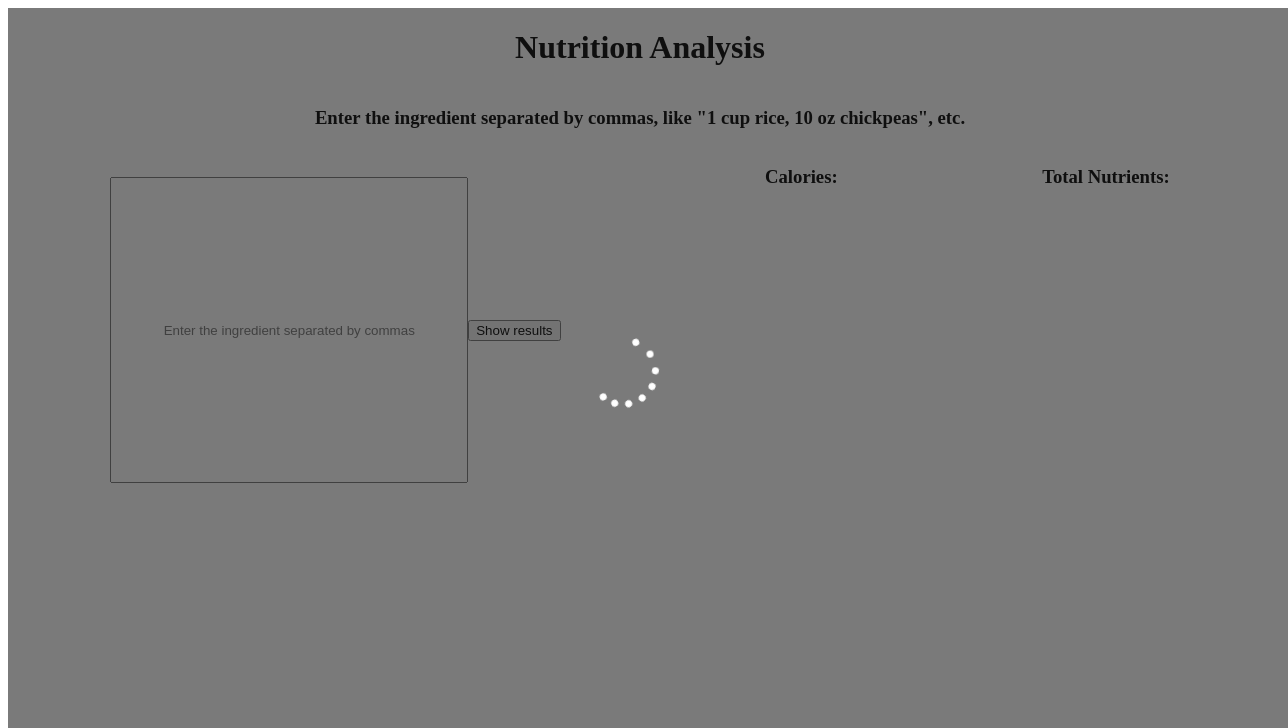
Repository: asya-aisa/nutrition-app
Page: /
An editor plug-in stored every save of this project. The page is shown before and after the next save, followed by the edit.
The browser window is 1280 px wide. The page is 1288 px wide, so the pictures cover 1288 px, including what lies to the right of the window. The pictures show the whole page.
The page's requests for data from a server got no answer. The project was rebuilt for these pictures with package versions that can differ from the ones it lists, and the page was loaded fresh each time. No one was signed in, and anything a server would have sent is missing. Also part of the build but not shown: src/MyComponent.js.

Above is the page before, as saved 2023-09-25 20:50:45.

After the next save:
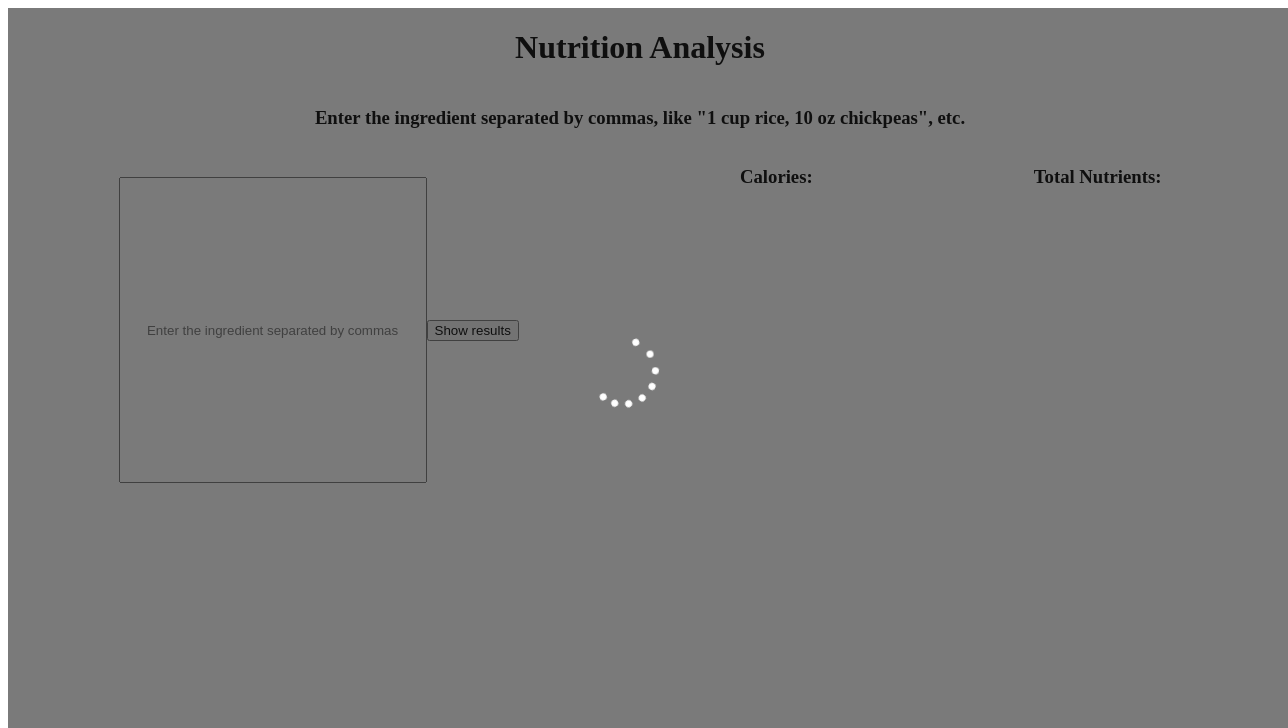
Saved 10 s later.
--- a/src/App.css
+++ b/src/App.css
@@ -9,7 +9,7 @@ ul, li {
 }
 input {
   margin-top: 30px;
-  width: 350px;
+  width: 300px;
   height: 300px;
 }
 .cont {
